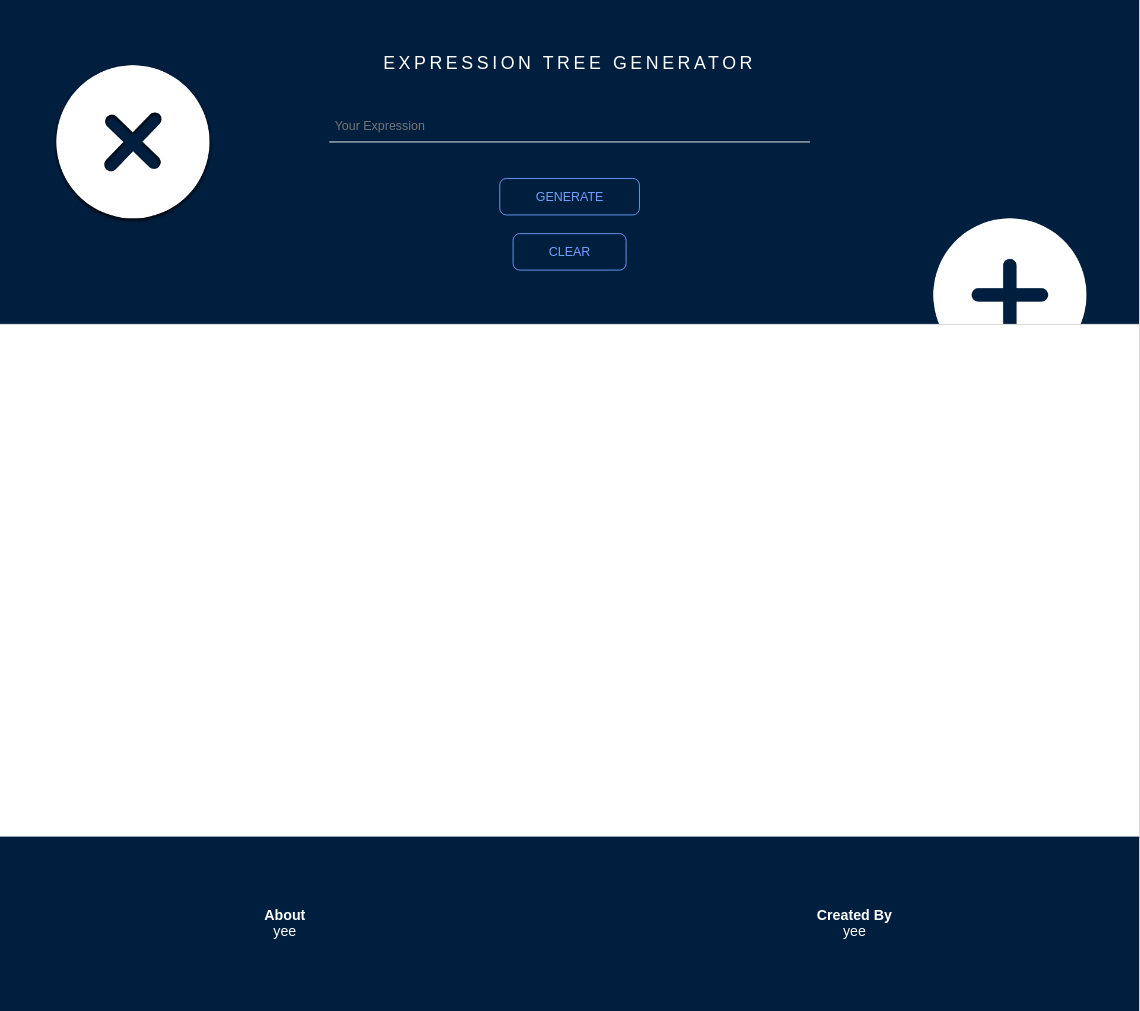
Repository: lnogueir/expression-tree-gen
Page: index.html
An editor plug-in stored every save of this project. The page is shown before and after a run of saves, followed by the edit.
The browser window is 1280 px wide. The page is 1281 px wide, so the pictures cover 1281 px, including what lies to the right of the window. The pictures show the whole page, at 89% of full size.

Above is the page before, as saved 2020-03-15 20:04:00.

After the next 4 saves:
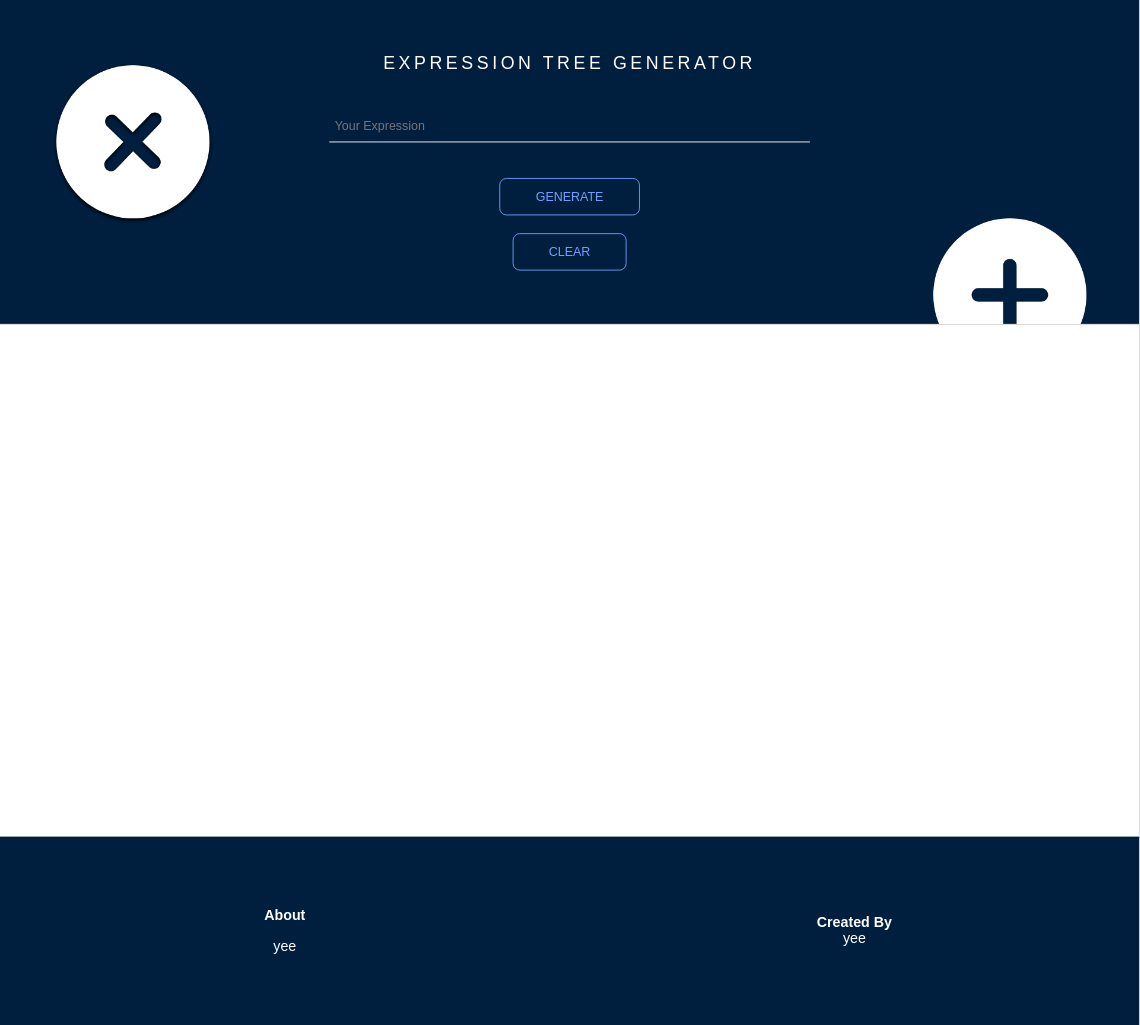
The 4 saves are shown as one change because they came seconds apart.
The last was saved 13 s later.
--- a/app.css
+++ b/app.css
@@ -93,8 +93,8 @@
       align-items: center;
   }
 
-  .end-1-text h1{
-    padding: 0 0 2rem 0;
+  .end-1-text h4{
+    padding: 0 0 1rem 0;
   }
 
   .end-1{
